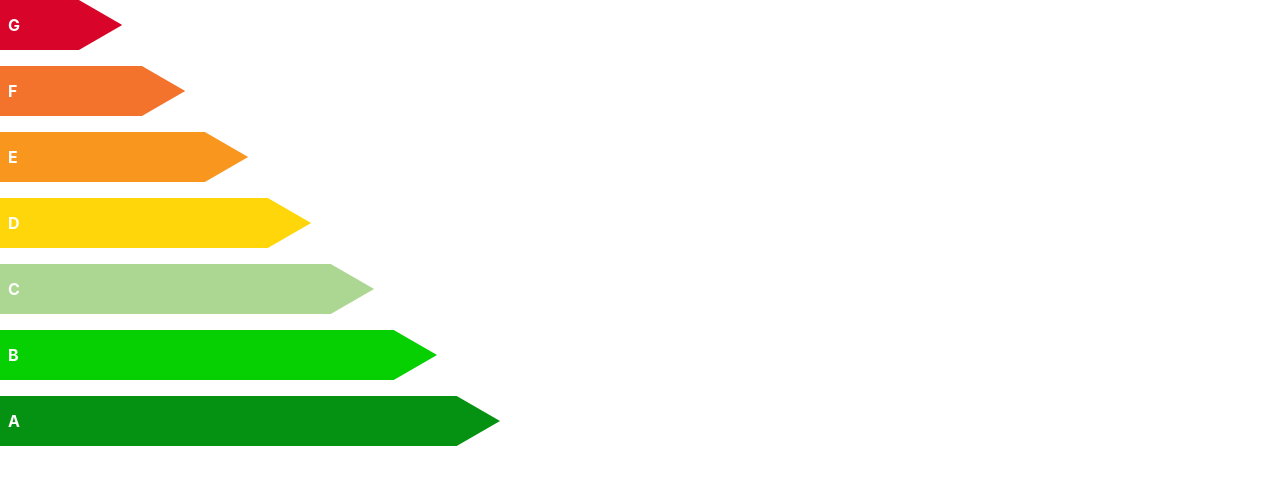
Repository: abdouAppcraft/Predict-DPE
Page: /result
These files come from the project's save history. The page is drawn as it stood at one moment and after the next save; the edit follows.
The browser window is 1280 px wide. The pictures show the whole page.
The project was rebuilt for these pictures with package versions that can differ from the ones it lists, and the page was loaded fresh each time. Also part of the build but not shown: src/hooks/useDpeOptions.tsx, src/screens/PredictForm/PredictForm.css, src/strings/string.ts, src/utils/computeData.ts, src/screens/PredictForm/PredictForm.tsx.

Above is the page before, as saved 2024-06-12 10:00:18.

### src/App.tsx
import React from "react";
import PredictForm from "./screens/PredictForm/PredictForm";
import { createBrowserRouter, RouterProvider } from "react-router-dom";
import Result from "./screens/Result/Result";

const router = createBrowserRouter([
  {
    path: "/",
    Component: PredictForm,
  },
  {
    path: "/result",
    Component: Result,
  },
]);

const App: React.FC = () => {
  return (
    <>
      <RouterProvider router={router} />
    </>
  );
};

export default App;

### src/screens/Result/Result.tsx
import React from "react";
import "./Result.css";

type Props = {};

const letter = [
  { label: "A", color: "#059212" },
  { label: "B", color: "#06D001" },
  { label: "C", color: "#ACD793" },
  { label: "D", color: "#ffd60a" },
  { label: "E", color: "#f8961e" },
  { label: "F", color: "#f3722c" },
  { label: "G", color: "#d90429" },
];

const Result: React.FC<Props> = (props) => {
  return (
    <div
      style={{
        maxWidth: 500,
        display: "flex",
        flexDirection: "column-reverse",
      }}
    >
      {letter.map((l, index) => (
        <ResultItem {...l} flex={(letter.length - index) / letter.length} />
      ))}
    </div>
  );
};

export default Result;

const ResultItem: React.FC<{ flex: number; label: string; color: string }> = ({
  flex,
  label,
  color,
}) => {
  return (
    <div>
      <div style={{ display: "flex", height: 50, marginBottom: "1rem" }}>
        <div
          style={{
            flex,
            backgroundColor: color,
            placeContent: "center",
            fontWeight: "bold",
            color: "white",
            padding: ".5rem",
          }}
        >
          {label}
        </div>
        <div style={{ backgroundColor: color }} className=" triangle"></div>
      </div>
    </div>
  );
};

### src/screens/Result/Result.css
/* HTML: <div class="triangle"></div> */
.shape {
    background: linear-gradient(45deg,#FA6900,#C02942);

}

.triangle {
    aspect-ratio: cos(30deg);
    clip-path: polygon(0 0,100% 50%,0 100%);
  }

Loaded but not shown: public/index.html (common file); src/index.tsx (common file); src/index.css (common file); src/reportWebVitals.ts (common file)

After the next save:
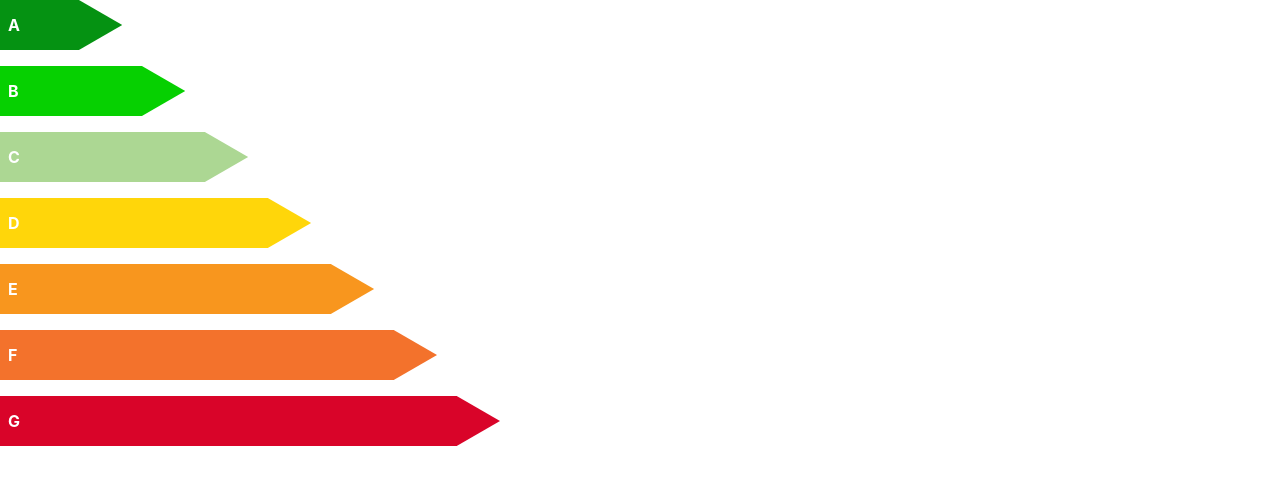
Saved 27 s later.
--- a/src/screens/Result/Result.tsx
+++ b/src/screens/Result/Result.tsx
@@ -22,7 +22,7 @@
         flexDirection: "column-reverse",
       }}
     >
-      {letter.map((l, index) => (
+      {letter.reverse().map((l, index) => (
         <ResultItem {...l} flex={(letter.length - index) / letter.length} />
       ))}
     </div>

After the save that followed:
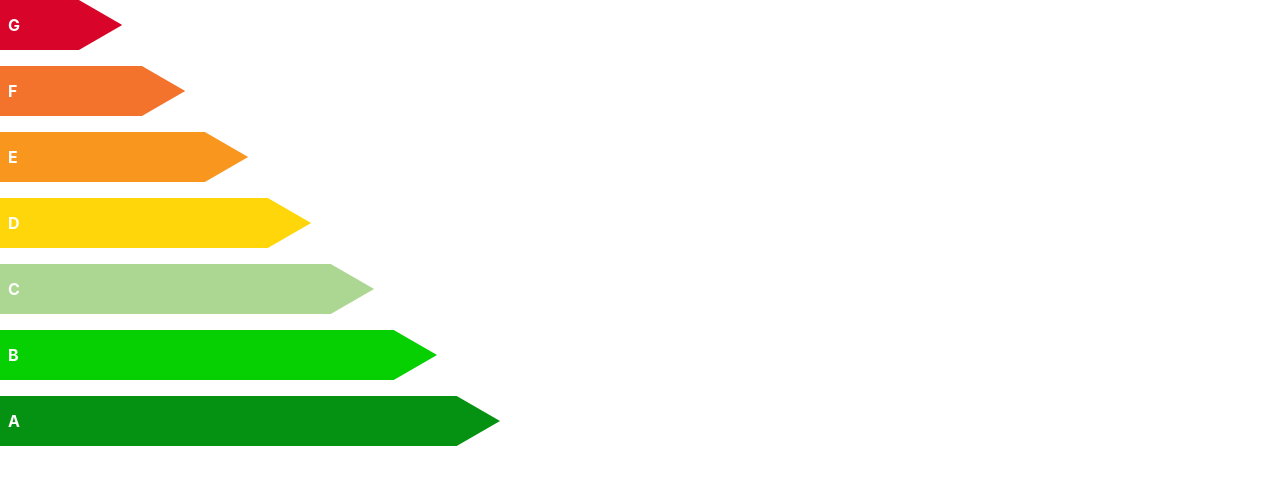
Saved 17 s later.
--- a/src/screens/Result/Result.tsx
+++ b/src/screens/Result/Result.tsx
@@ -22,7 +22,7 @@
         flexDirection: "column-reverse",
       }}
     >
-      {letter.reverse().map((l, index) => (
+      {letter.map((l, index) => (
         <ResultItem {...l} flex={(letter.length - index) / letter.length} />
       ))}
     </div>
